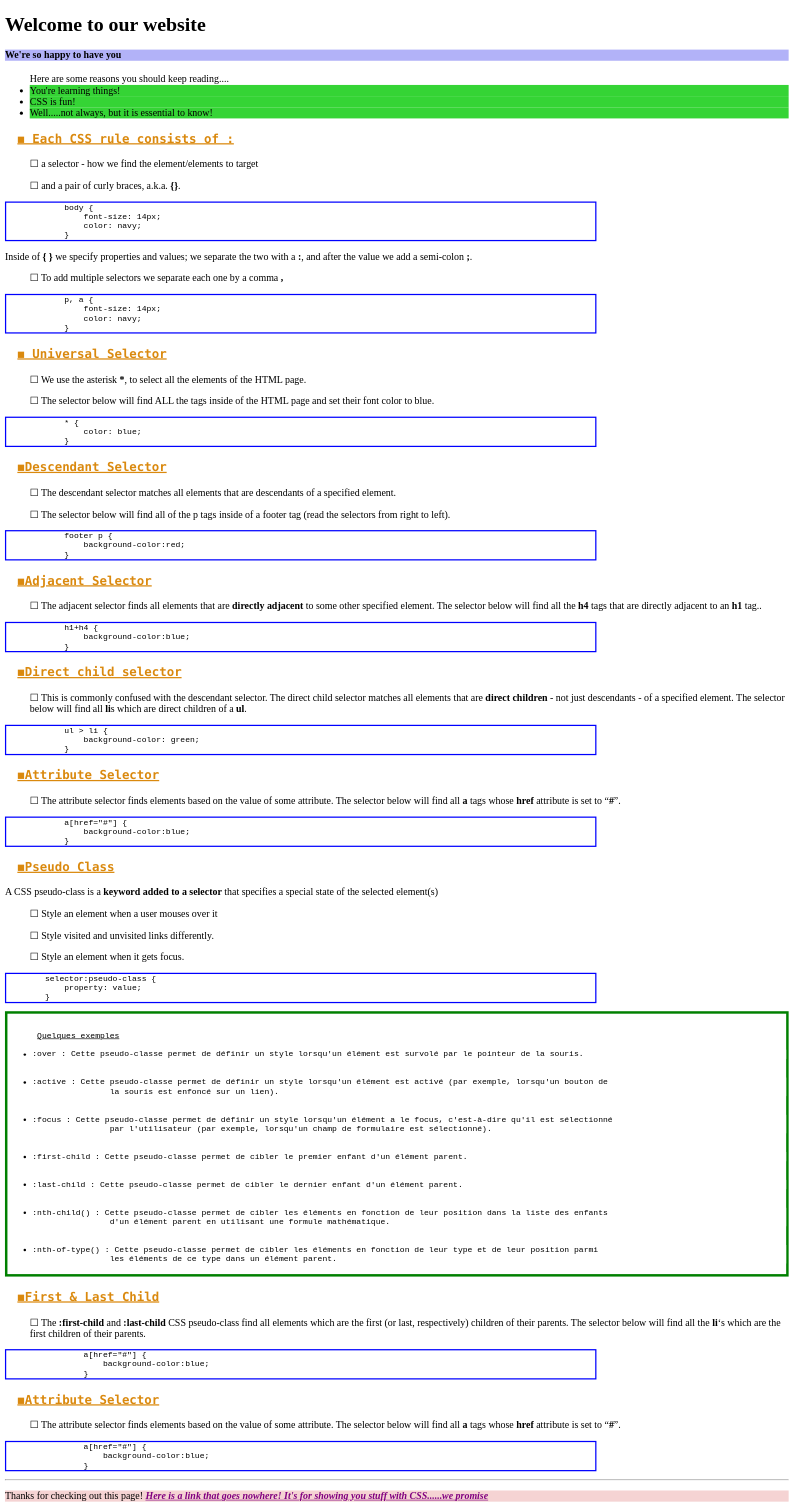
Repository: AnnaSpirit/Tests__
Page: CSS/Useful_Selectors.html
These files come from the project's save history. The page is drawn as it stood at one moment and after the next save; the edit follows.
The browser window is 1280 px wide. The pictures show the whole page, at 62% of full size.

Above is the page before, as saved 2024-04-01 18:17:15.

After the next save:
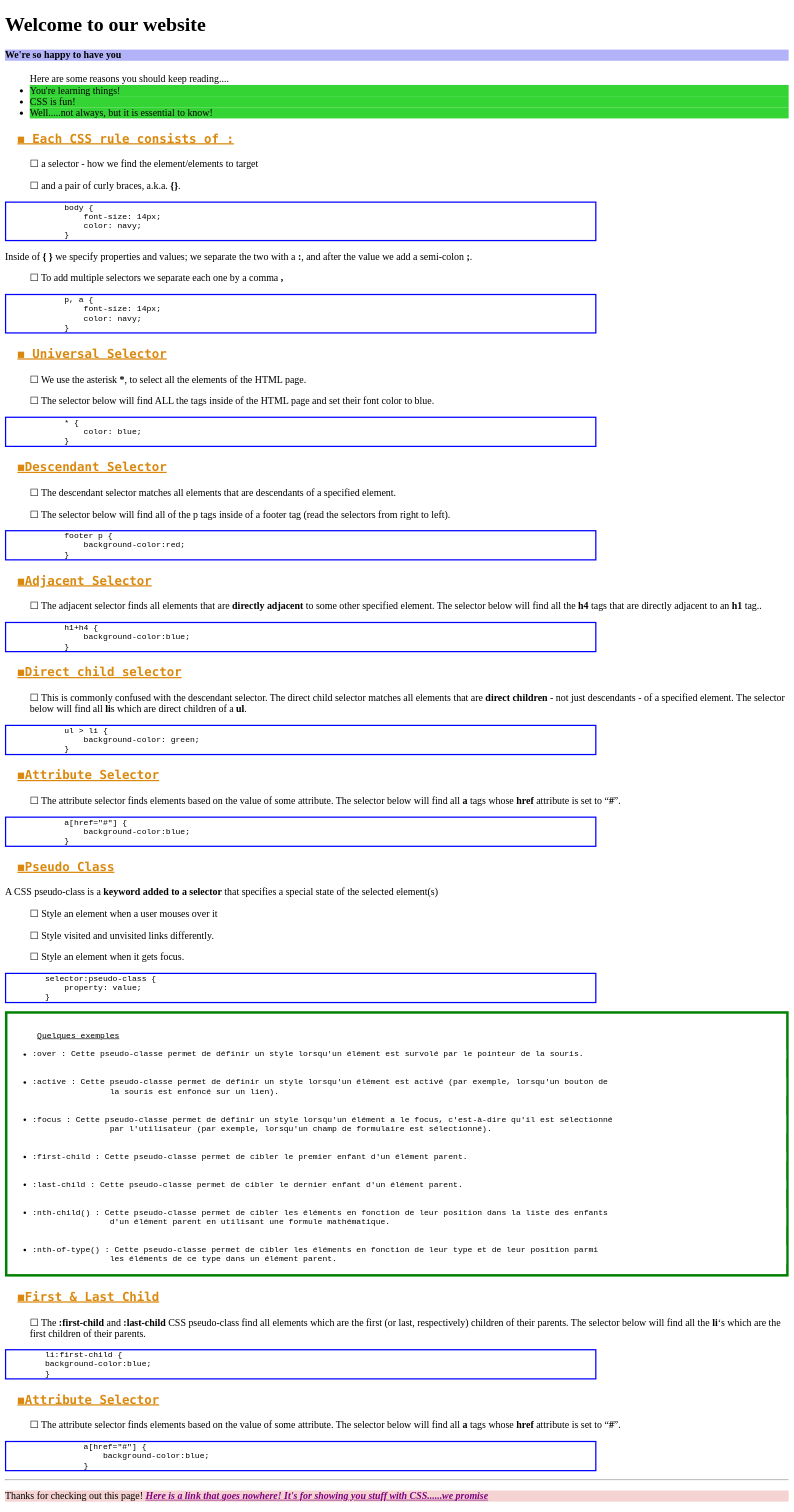
Saved 21 s later.
--- a/CSS/Useful_Selectors.html
+++ b/CSS/Useful_Selectors.html
@@ -117,9 +117,9 @@
     of their parents. The selector below will find all the <b>li</b>‘s which are the first children of their parents.</p>
     <span>
         <pre style="border: 2px solid blue; margin-right: 310px">
-                a[href="#"] {
-                    background-color:blue;
-                }</pre>
+        li:first-child {
+        background-color:blue;
+        }</pre>
     </span>
 
     <h3 style="padding-left: 20px;"> &#9724;Attribute Selector</h3>
